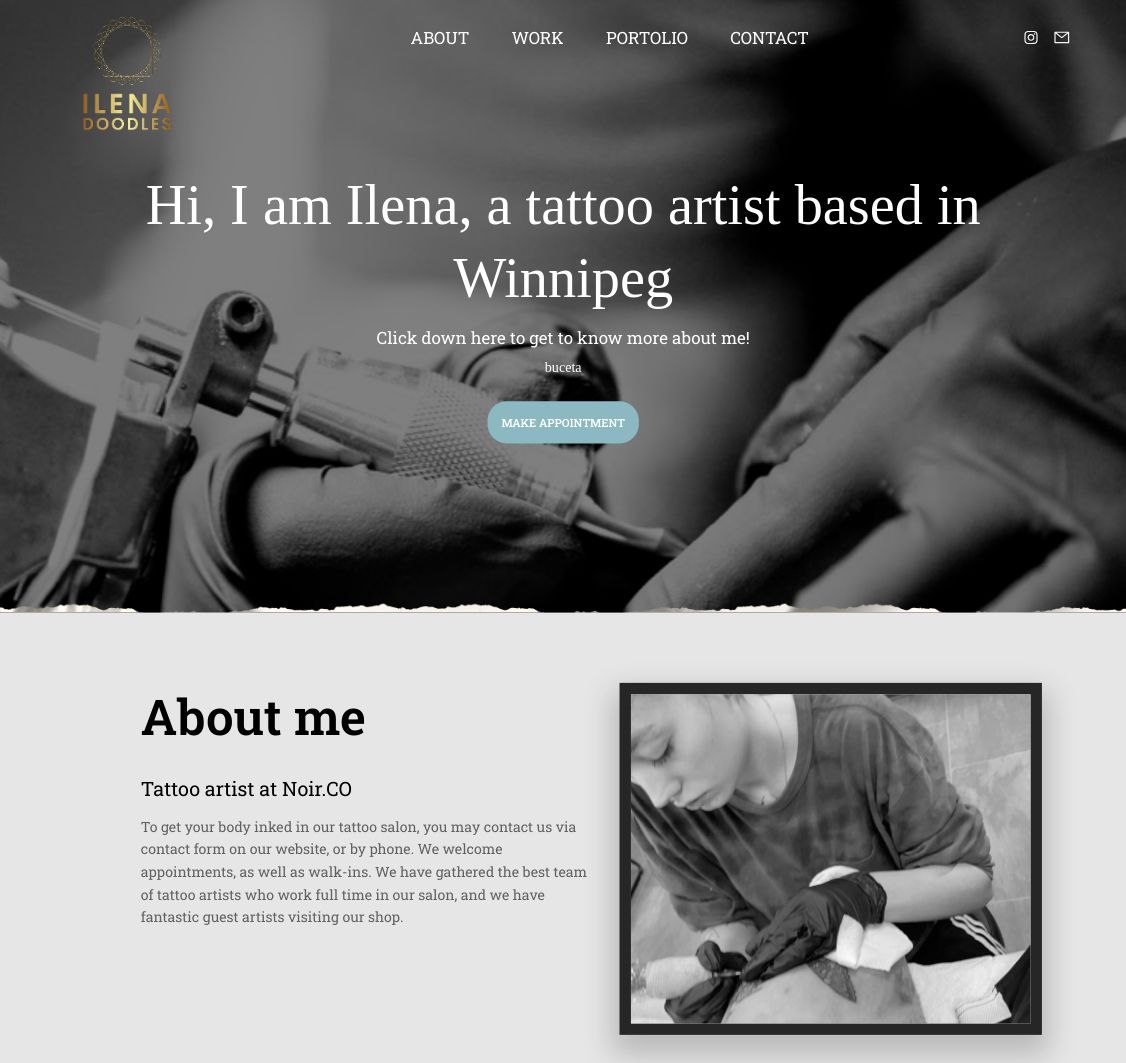
Repository: Leoka2000/Ilena
Page: /
An editor plug-in stored every save of this project. The page is shown before and after a run of saves, followed by the edit.
The browser window is 1280 px wide. The pictures show the whole page, at 88% of full size.
Some web fonts or font styles are not loaded; a fallback is used. The project was rebuilt for these pictures with package versions that can differ from the ones it lists, and the page was loaded fresh each time. Also part of the build but not shown: src/App.css.

Above is the page before, as saved 2023-03-02 23:57:13.

### public/index.html
<!DOCTYPE html>
<html lang="en">
  <head>
    <meta charset="utf-8" />
    <link rel="icon" href="%PUBLIC_URL%/favicon.ico" />
    <meta name="viewport" content="width=device-width, initial-scale=1" />
    <meta name="theme-color" content="#000000" />
    <meta
      name="description"
      content="Web site created using create-react-app"
    />
    <link rel="apple-touch-icon" href="%PUBLIC_URL%/logo192.png" />
    <!--
      manifest.json provides metadata used when your web app is installed on a
      user's mobile device or desktop. See https://developers.google.com/web/fundamentals/web-app-manifest/
    -->

    <!-- Gloock -->
    <link rel="preconnect" href="https://fonts.googleapis.com">
<link rel="preconnect" href="https://fonts.gstatic.com" crossorigin>
<link href="https://fonts.googleapis.com/css2?family=Fira+Sans+Extra+Condensed:wght@300&family=Inter:wght@300;400;500;600;700&family=Roboto+Condensed:wght@300&family=Roboto+Slab:wght@400;500;600&display=swap" rel="stylesheet">
    <!-- Gloock -->
    <!-- FONT MULISH -->
    <link rel="preconnect" href="https://fonts.googleapis.com">
<link rel="preconnect" href="https://fonts.gstatic.com" crossorigin>
<link href="https://fonts.googleapis.com/css2?family=Fira+Sans+Extra+Condensed:wght@300&family=Inter:wght@300;400;500;600;700&family=Roboto+Condensed:wght@300&family=Roboto+Slab:wght@400;500;600&display=swap" rel="stylesheet">
    <!-- FONT MULISH -->
    <link rel="manifest" href="%PUBLIC_URL%/manifest.json" />
    <!--
      Notice the use of %PUBLIC_URL% in the tags above.
      It will be replaced with the URL of the `public` folder during the build.
      Only files inside the `public` folder can be referenced from the HTML.

      Unlike "/favicon.ico" or "favicon.ico", "%PUBLIC_URL%/favicon.ico" will
      work correctly both with client-side routing and a non-root public URL.
      Learn how to configure a non-root public URL by running `npm run build`.
    -->
    <title>React App</title>
  </head>
  <body>
    <noscript>You need to enable JavaScript to run this app.</noscript>
    <div id="root"></div>
    <!--
      This HTML file is a template.
      If you open it directly in the browser, you will see an empty page.

      You can add webfonts, meta tags, or analytics to this file.
      The build step will place the bundled scripts into the <body> tag.

      To begin the development, run `npm start` or `yarn start`.
      To create a production bundle, use `npm run build` or `yarn build`.
    -->
  </body>
</html>

### src/App.js
import Home from './pages/home/home'
import './App.css';
import Navbar from './components/navbar';

function App() {
  return (
    <>
      <Navbar/>
    <Home/>
    </>
  );
}

export default App;

### src/pages/home/home.js
import React from 'react'
import Hero from '../hero/hero'
import About from '../about/about'


const home = () => {
  return (
    <>
      <Hero/>
      <About/>
    </>
  )
}

export default home

### src/components/navbar.jsx
import React, { useRef, useState } from 'react'
import './navbar.css'
import { AiOutlineInstagram } from 'react-icons/ai'
import { AiOutlineMail } from 'react-icons/ai'
import Logo from '../assets/brand/logo.png'
import { FaBars } from 'react-icons/fa'
import { FaTimes } from 'react-icons/fa'
import { Link } from 'react-scroll'

const Navbar = () => {
  const navRef = useRef();

  const showNavbar = () => {
    navRef.current.classList.toggle("responsive_nav");
  };

  return (
    <div className='navbar-renderer'>
      <nav ref={navRef}>
        <img src={Logo} />
        <ul>
          <li><Link onClick={showNavbar} spy={true} smooth={true} offset={100} duration={500}>ABOUT</Link></li>
          <li><Link onClick={showNavbar} spy={true} smooth={true} offset={100} duration={500}>WORK</Link></li>
          <li><Link onClick={showNavbar} spy={true} smooth={true} offset={100} duration={500}>PORTOLIO</Link></li>
          <li><Link onClick={showNavbar} spy={true} smooth={true} offset={100} duration={500}>CONTACT</Link></li>
        </ul>
        <div className='navbar-icons-wrapper'>
          <a><AiOutlineInstagram /></a>
          <a><AiOutlineMail /></a>
        </div>
        <button
          className="close"
          onClick={showNavbar}>
          <FaTimes />
        </button>
      </nav>

      <button onClick={showNavbar} className='bars-button'>
        <FaBars className='bars' />
      </button>
    </div>
  )
}

export default Navbar

### src/pages/hero/hero.js
import React from 'react'
import './hero.css'

const hero = () => {
  return (
    <section className='hero-section'>
      <h1>Hi, I am Ilena, a tattoo artist based in Winnipeg</h1>
      <p>Click down here to get to know more about me!</p>
      <span>buceta</span>
      <button>MAKE APPOINTMENT</button>
    </section>
  )
}

export default hero

### src/pages/about/about.jsx
import React from 'react'
import './about.css'
import Illena from '../../assets/brand/Illena.jpg'
import Illena2 from '../../assets/brand/Illena2.jpg'

const About = () => {
  return (
    <section className='about-section'>
      <div className='left-about'>
        <h1>About me</h1>
        <h3>Tattoo artist at Noir.CO</h3>
        <p>To get your body inked in our tattoo salon, you may contact us via contact form on our website, or by phone. We welcome appointments, as well as walk-ins. We have gathered the best team of tattoo artists who work full time in our salon, and we have fantastic guest artists visiting our shop.</p>
      </div>
      <div className='right-about'>
        <div className='img-thumbnail'><img src={Illena2}/></div>
      </div>
    </section>
  )
}

export default About

### src/components/navbar.css
.navbar-renderer {
    display: flex;
    justify-content: center;
    position:absolute;
    width: 100%;
    z-index: 1;
}
nav {
    display: flex;
    height: 85px;
background-color: transparent;
justify-content: space-between;
align-items: center;
width: 90%;
font-family: 'Fira Sans Extra Condensed', sans-serif;
font-family: 'Inter', sans-serif;
font-family: 'Roboto Condensed', sans-serif;
font-family: 'Roboto Slab', serif;

}
nav > img {
width: 10rem;
height: 10rem;
margin-top: 5rem;
}

nav > ul {
    display: flex;
    gap: 3rem;
    font-size: 1.2rem;
    color: white;
}
nav > ul > li:hover {
    color: rgb(133, 113, 0);
}
nav > ul > li {
   list-style: none;
   cursor: pointer;
   transition: 0.5s;

}
.navbar-icons-wrapper {
    display: flex;
    color: whitesmoke;
    font-size: 1.2rem;
    gap: 1rem;

}
.navbar-icons-wrapper > a > svg {
    transition: 0.4s;
}
.navbar-icons-wrapper > a > svg:hover {
    cursor: pointer;
    color: rgb(133, 113, 0);
}
.bars-button {
    position: fixed;
    right: 10rem;
    font-size: 2rem;
    background-color: transparent;
    outline: none;
    border: none;
    cursor: pointer;
    display: none;
}
.close {
    display: none;
}
@media only screen and (max-width: 1024px) {
    .bars-button {
        position: fixed;
        right: 1.5em;
        top: 1.5rem;
        font-size: 2rem;
        background-color: transparent;
        outline: none;
        border: none;
        cursor: pointer;
        display: flex;
    }
    .close {
        position: absolute;
		top: 1.5rem;
		right: 1.5rem;
        color: rgb(0, 0, 0);
        background: transparent;
	border: none;
	outline: none;
    display: flex;
    font-size: 1.7rem;
    cursor: pointer;
     }
    .responsive_nav{
		transform: none;
        display: flex;
        justify-content: flex-start;
		width: 100%;


	}
	nav {
        position: fixed;
		top: 0rem;
		left: 0rem;
		height: 100%;
		width: 100%;
		display: flex;
		flex-direction: column;
		align-items: center;
		justify-content: flex-start;
		gap: 2rem;
        text-align: center;
		padding-top: 5rem;
		transition: 0.8s;
		transform: translateY(-200vh);
        color: #677294;
		/* IMPORTANTE */
		background-color: rgb(206, 206, 206);
        z-index: 50;
	/* aqui que a magica acontece, esse é mt importante */
	}
}

### src/pages/hero/hero.css
.hero-section {
  position: relative;
  padding: 12rem 0 12rem 0;
  background-image: url('../../assets/brand/hero-img.png');
  object-fit: contain;
  background-position: top;
  background-attachment: scroll;
  z-index: 0;
  display: flex;
  justify-content: center;
  flex-direction: column;
  align-items: center;
  text-align: center;
  color: white;
  gap: 0.8rem;
}

.hero-section::after {
    position: absolute; /*IMPORTANT!*/
    background-color: transparent;
    content: "";
    width: 100%;
    height: 10px;
    mix-blend-mode:difference;
    left: 0;
    z-index: 1;
    bottom: 0rem;
background: url(../../assets/brand/overlay-bottom.png);
}
.hero-section::before {
  content: "";
  position: absolute;
  top: 0;
  left: 0;
  width: 100%;
  height: 100%;
  background-color: rgba(0, 0, 0, 0.5); /* adjust the opacity as needed */
  filter: brightness(0.7); /* apply the filter to the overlay */
  z-index: -1;
}

.hero-section > h1 {
  font-family: 'Gloock', serif;
  font-size: 4rem;
  width: 80%;
  filter: brightness(100%);
  color: rgb(255, 255, 255);
  line-height: 1.3;
}

.hero-section > p {
  color: rgb(255, 255, 255);
  font-size: 1.2rem;
font-family: 'Roboto Slab', serif;

}
.hero-section > button {
    background: #8bb8c1;
    padding: 1rem;
    border-radius: 22px;
    border: none;
    color: white;
    font-family: 'Roboto Slab', serif;
    margin-top: 1rem;
    font-weight: 900;
    font-size: 0.8rem;
    cursor: pointer;
    z-index: 0;
    transition: 0.3s;

}

.hero-section > button:hover {
    background: #ffffff;
   color: black;

    z-index: 0;
}

### src/pages/about/about.css
.about-section {
    padding: 5rem 6rem 2rem 10rem;
    background-color: #e6e6e6;
    display: flex;
    justify-content: space-around;
    font-family: 'Roboto Slab', serif;
}

.left-about  {
    padding-right: 2rem;
}
.left-about > h1 {
    font-size: 3.5rem;
    margin-bottom: 2rem;
    font-weight: 900;
}
.left-about > p  {
    color: rgb(97, 97, 97);
    line-height: 1.6;
    max-width: 700px;


}
 .left-about > h3  {
    color: rgb(0, 0, 0);
    font-size: 1.4rem;

}
.left-about > h3 {
    margin-bottom: 1rem;
}
.img-thumbnail {
    width: 30rem;
    height: 25rem
}
.img-thumbnail > img {
    height: 100%;
    width: 100%;
    object-fit: cover;
    border: 13px solid #25262f;
    filter: grayscale(1);
padding: 0;
box-shadow: 0 16px 32px 8px rgba(0, 0, 0, 0.2);
}

Loaded but not shown: src/index.js (common file); src/index.css (common file)

After the next 2 saves:
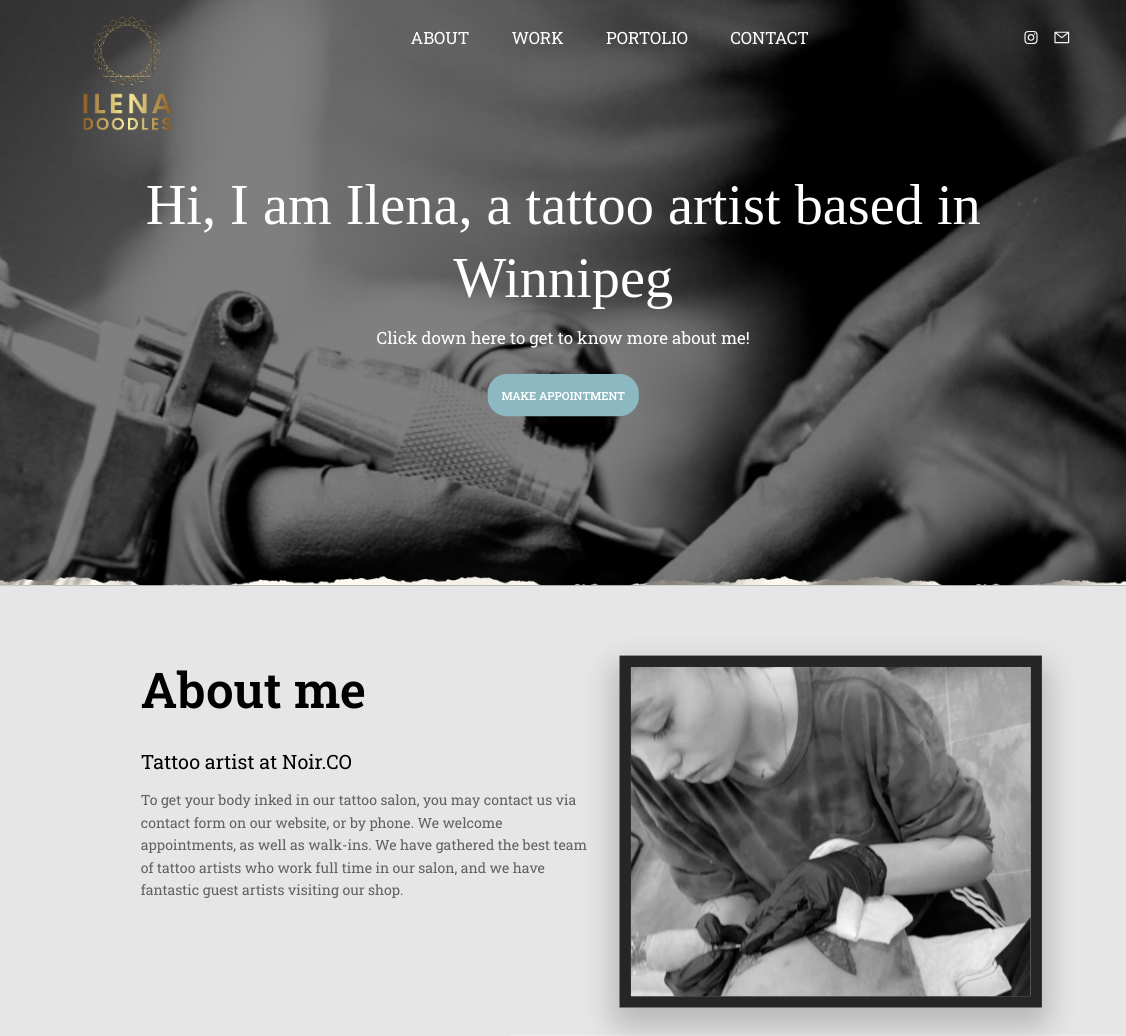
The 2 saves are shown as one change because they came seconds apart.
The last was saved 9 s later.
--- a/src/pages/hero/hero.js
+++ b/src/pages/hero/hero.js
@@ -6,7 +6,6 @@ const hero = () => {
     <section className='hero-section'>
       <h1>Hi, I am Ilena, a tattoo artist based in Winnipeg</h1>
       <p>Click down here to get to know more about me!</p>
-      <span>buceta</span>
       <button>MAKE APPOINTMENT</button>
     </section>
   )
